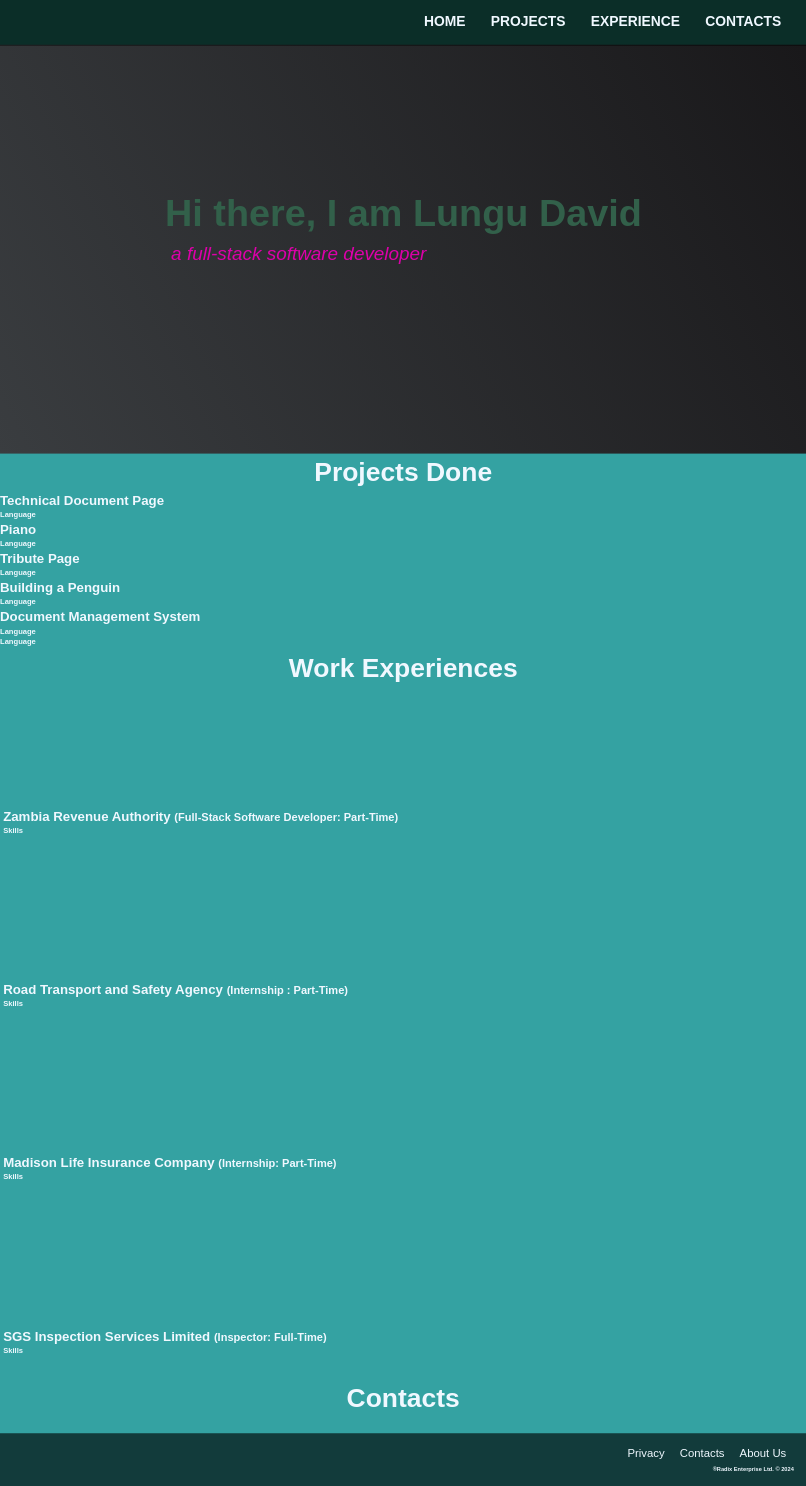
Repository: Lungdjos/personal_portifolio
Page: html/index.html
These files come from the project's save history. The page is drawn as it stood at one moment and after a run of saves; the edit follows.
The browser window is 1280 px wide. The pictures show the whole page, at 63% of full size.

Above is the page before, as saved 2024-02-02 01:32:11.

After the next 3 saves:
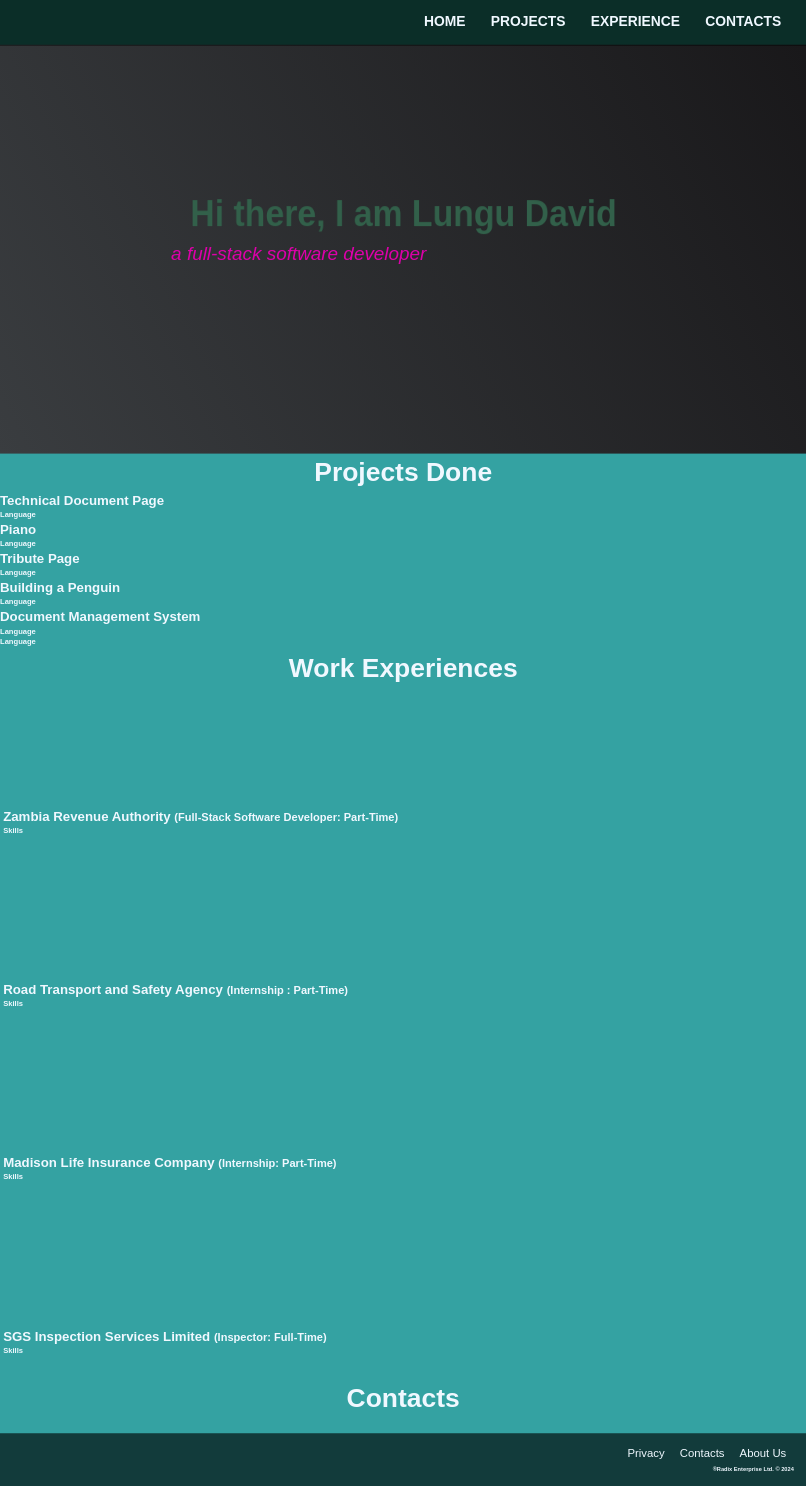
The 3 saves are shown as one change because they came seconds apart.
The last was saved 16 s later.
--- a/css/styles.css
+++ b/css/styles.css
@@ -222,7 +222,7 @@ footer>span {
         color: #2e604a;
     }
     60% {
-        transform: rotate();
+        transform: rotate(0deg);
     }
     90% {
         transform: rotate(360deg);
